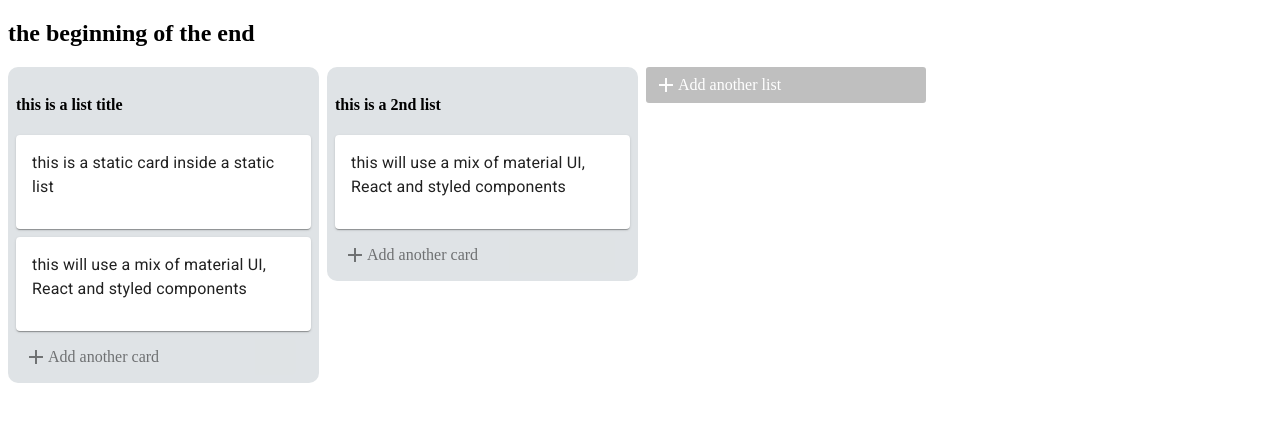
Repository: DesterStorm/Crello
Page: /
These files come from the project's save history. The page is drawn as it stood at one moment and after the next save; the edit follows.
The browser window is 1280 px wide. The pictures show the whole page.
The project was rebuilt for these pictures with package versions that can differ from the ones it lists, and the page was loaded fresh each time.

Above is the page before, as saved 2020-05-19 10:59:18.

After the next save:
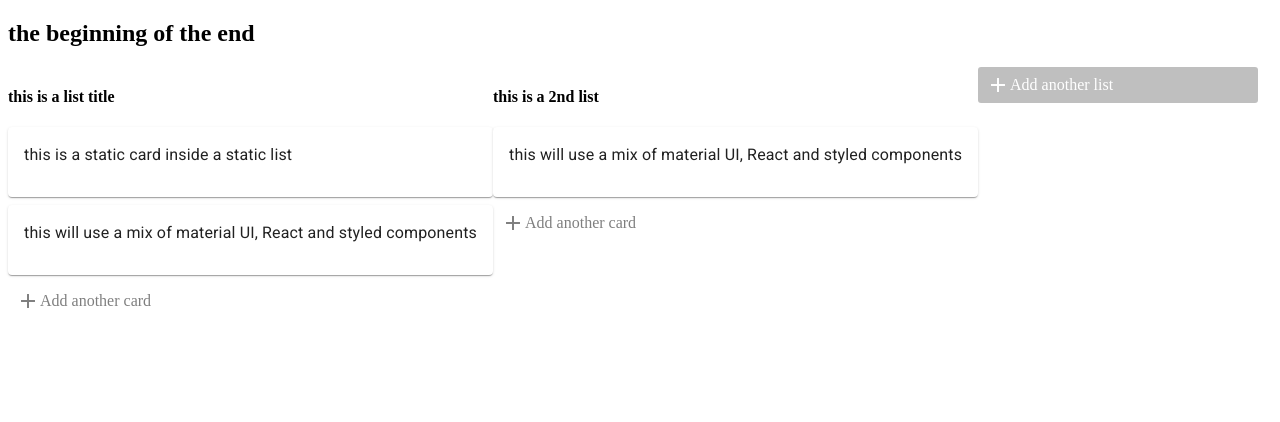
Saved 60 s later.
--- a/src/components/CrelloList.js
+++ b/src/components/CrelloList.js
@@ -17,7 +17,7 @@ const CrelloList = ({title, cards, listID}) => {
   return (
     <Droppable droppableId={String(listID)}>
       { provided => (
-        <div {...provided.droppableProps} ref={provided.innerRef} style={styles.container}>
+        <div {...provided.droppableProps} ref={provided.innerRef} >
           <h4>{title}</h4>
           { cards.map((card, index) => (
             <CrelloCard key={card.id} index={index} text={card.text} id={card.id} />
